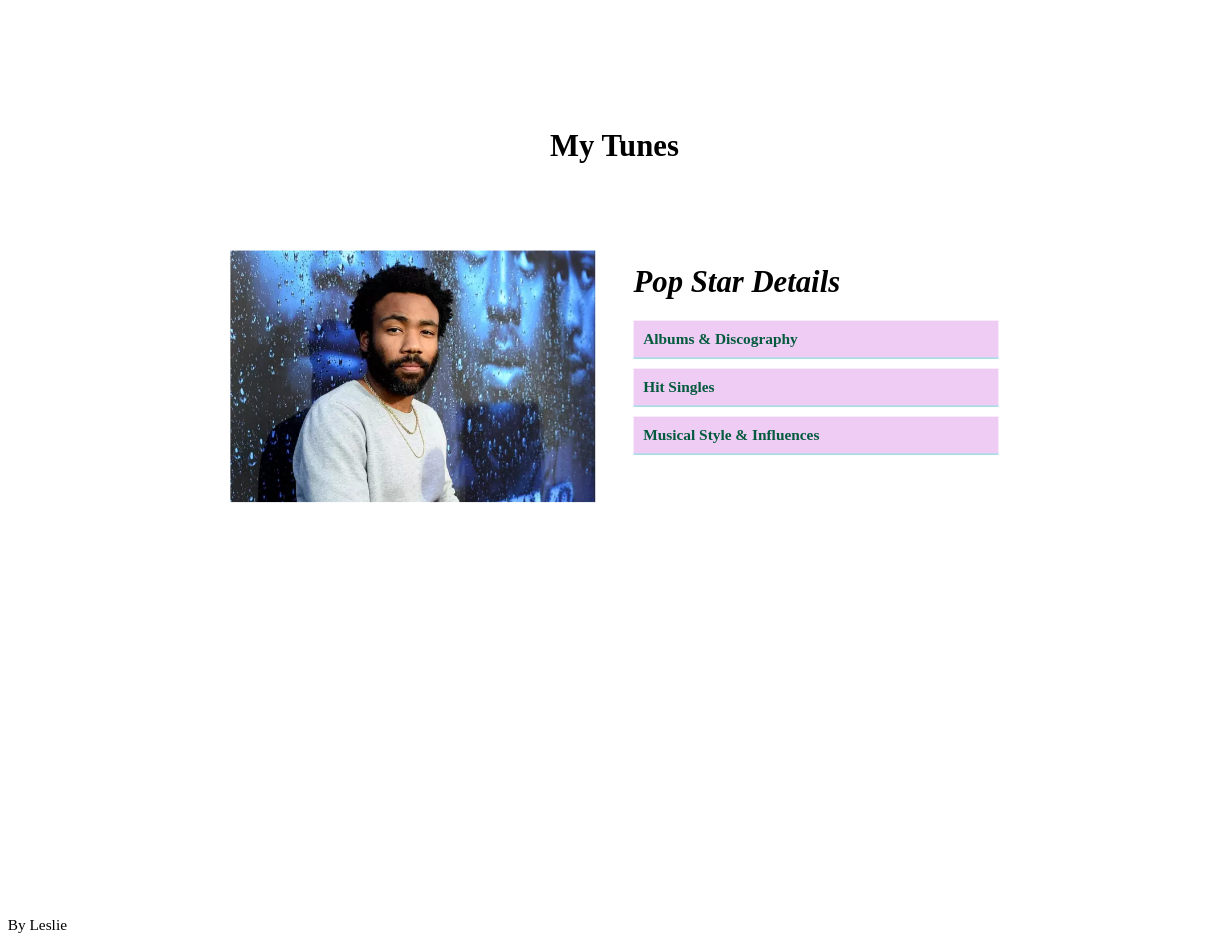
Repository: leslie179/labOne
Page: /
An editor plug-in stored every save of this project. The page is shown before and after a run of saves, followed by the edit.
The browser window is 1280 px wide. The pictures show the whole page, at 96% of full size.
The project was rebuilt for these pictures with package versions that can differ from the ones it lists, and the page was loaded fresh each time. The framework's server and built-in components were replaced by stand-ins that run in the browser. Also part of the build but not shown: next.config.js, components/Footer/Footer.module.css.

Above is the page before, as saved 2024-09-15 22:44:30.

### pages/index.js
import Head from 'next/head'
import styles from '@/styles/Home.module.css'
import Footer from '@/components/Footer'
import Header from '@/components/Header'
import LeftComponent from '@/components/LeftComponent'
import RightComponent from '@/components/RightComponent'

export default function Home() {
  return (
    <>
      <Head>
        <title>Create Next App</title>
        <meta name="description" content="Generated by create next app" />
        <meta name="viewport" content="width=device-width, initial-scale=1" />
        <link rel="icon" href="/favicon.ico" />
      </Head>
      <Header/>
      <main className={`${styles.main}`}>
      <div className={styles.container}>
      <div className={styles.left}>
                <LeftComponent />
            </div>
            <div className={styles.right}>
              <h1 className={styles.h1}>Pop Star Details</h1>
                <RightComponent />
            </div>
            </div>
      </main>
      <Footer/>
    </>
  )
}

### styles/globals.css
:root {


}

a {
  color: inherit;
  text-decoration: none;
}

### styles/Home.module.css
.main {
  display: flex;
  flex-direction: column;
  justify-content: space-between;
  align-items: center;
  padding: 2rem;
  min-height: 20vh;
}

.container {
  display: flex;
  width: 70%;
  height: 100vh;

}

.left, .right {
  width: 50%;
  padding: 20px;
  box-sizing: border-box;
}



.h1{
  padding-top: 8%;
  font-style: italic;
}

### components/Footer/index.js
import styles from "./Footer.module.css"

export default function Footer() {
    return(
        <footer className={styles.Footer}>
            By Leslie
        </footer>
    )
}

### components/Header/index.js
import styles from './Header.module.css';


export default function Header() {
    return (
        <header className={styles.header}>
            <h1>My Tunes</h1>
        </header>
    );
}

### components/LeftComponent/index.js
import styles from './LeftComponent.module.css';

export default function LeftComponent() {
    return (
        <div>
            <img src="childish_icon.jpg" alt="Childish Icon" className={styles.image} />
        </div>
    );
}

### components/RightComponent/index.js
import { useState } from 'react';
import styles from './RightComponent.module.css';

export default function RightComponent() {
    const [activeIndex, setActiveIndex] = useState(null);

    const toggleAccordion = (index) => {
        setActiveIndex(activeIndex === index ? null : index);
    };

    const categories = [
        {
            title: 'Albums & Discography',
            content: '"Camp" \n"Because the Internet" \n"Awaken, My Love!"'
        },
        {
            title: 'Hit Singles',
            content: '"3005"\n "Redbone"\n "This Is America" which won Grammys for its cultural impact.'
        },
        {
            title: 'Musical Style & Influences',
            content: 'Blend of hip hop, soul, funk, and rock, drawing influence from Prince, OutKast, and more.'
        }
    ];

    return (
        <div className={styles.accordion}>
            {categories.map((category, index) => (
                <div key={index} className={styles.item}>
                    <div className={styles.title} onClick={() => toggleAccordion(index)}>
                        {category.title}
                    </div>
                    <div className={`${styles.content} ${activeIndex === index ? styles.show : ''}`}>
                        <p>{category.content.split('\n').map((line, i) => (
                            <span key={i}>{line}<br /></span>
                        ))}</p>
                    </div>
                </div>
            ))}
        </div>
    );
}

### components/Header/Header.module.css
.header {
    text-align: center;
    padding-top: 10%;
  }

  .header h1 {
    margin: 0;
    padding: 0;
    font-size: 2rem; /* Adjust as needed */
  }

### components/LeftComponent/LeftComponent.module.css
.left {
    width: 50%;
    background-color: lightgray;
    padding: 20px;
    box-sizing: border-box;
    height: 100vh;
    float: left;
}

.image{
    width: 100%;
    padding-top: 10%;
}

### components/RightComponent/RightComponent.module.css
.right {
    width: 50%;
    padding: 20px;

    box-sizing: border-box;
    height: 100vh;
    float: right;
}


.item {
    border-bottom: 2.5px solid lightblue;
    margin-bottom: 10px;
}

.title {
    cursor: pointer;
    padding: 10px;
    background-color: #eeccf4;
    color: rgb(3, 91, 62);
    font-weight: bold;
}

.content {
    max-height: 0;
    overflow: hidden;
    transition: max-height 0.3s ease-out;
}

.show {
    max-height: 100px;
}

Loaded but not shown: pages/_app.js (common file); pages/_document.js (common file)

After the next 3 saves:
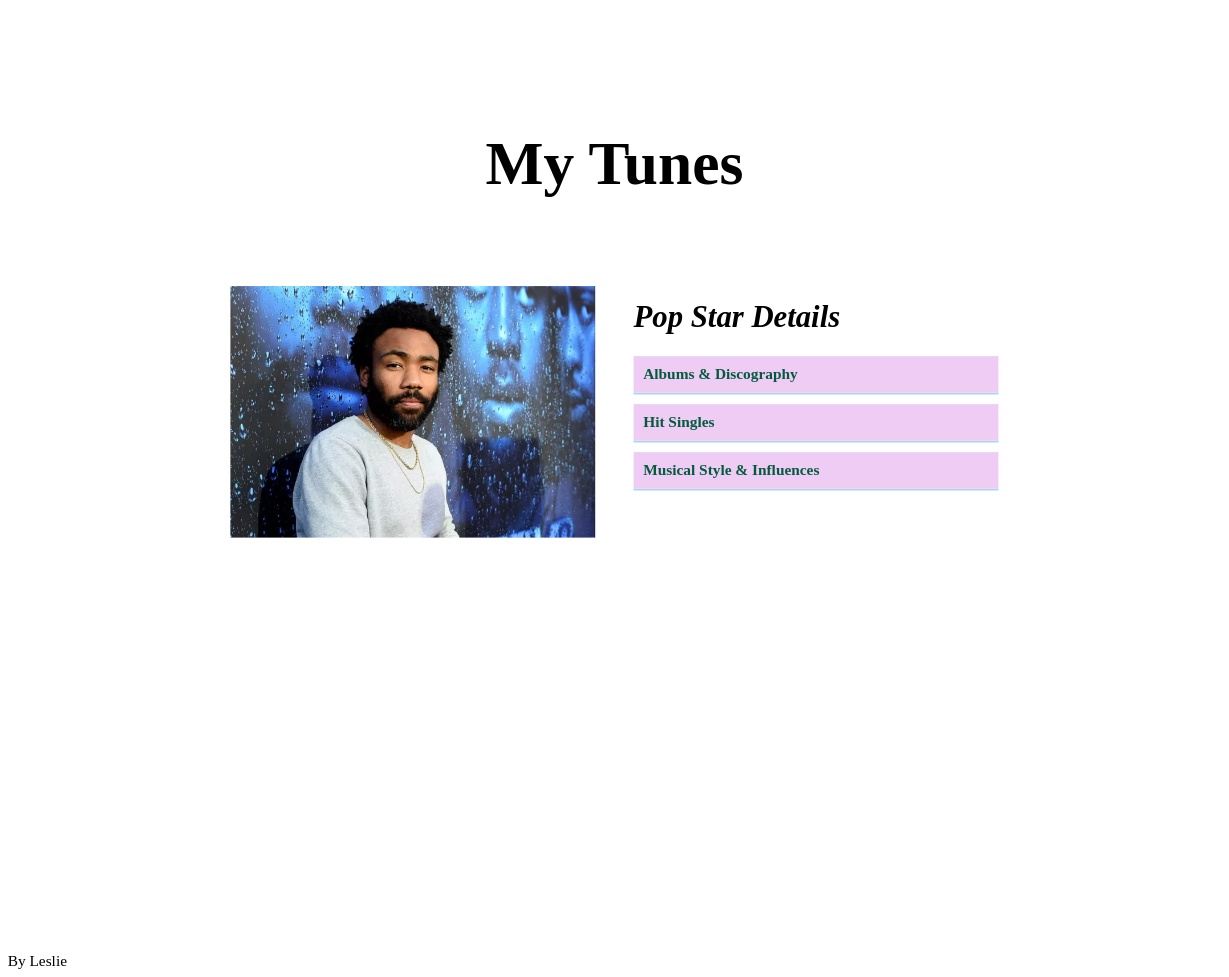
The 3 saves are shown as one change because they came seconds apart.
The last was saved 26 s later.
--- a/components/Header/Header.module.css
+++ b/components/Header/Header.module.css
@@ -6,5 +6,5 @@
   .header h1 {
     margin: 0;
     padding: 0;
-    font-size: 2rem; /* Adjust as needed */
+    font-size: 4rem; /* Adjust as needed */
   }
